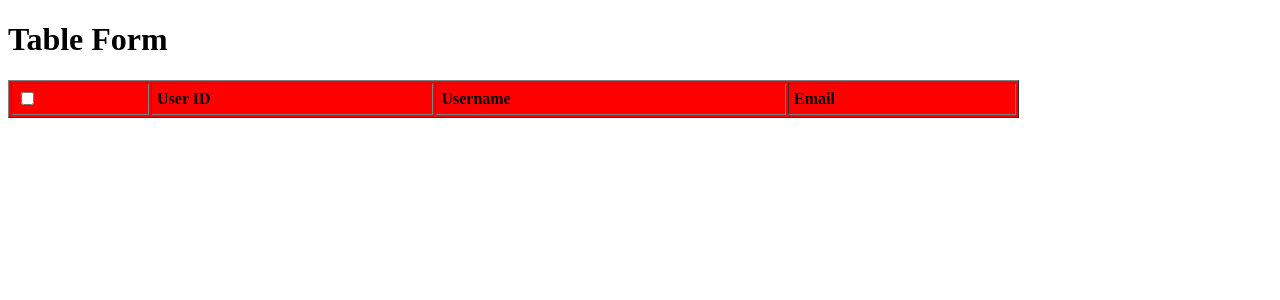
Repository: AHSANS354/tugas-sib5
Page: tugastable.html
These files come from the project's save history. The page is drawn as it stood at one moment and after the next save; the edit follows.
The browser window is 1280 px wide. The pictures show the whole page.

Above is the page before, as saved 2023-08-21 14:59:28.

After the next save:
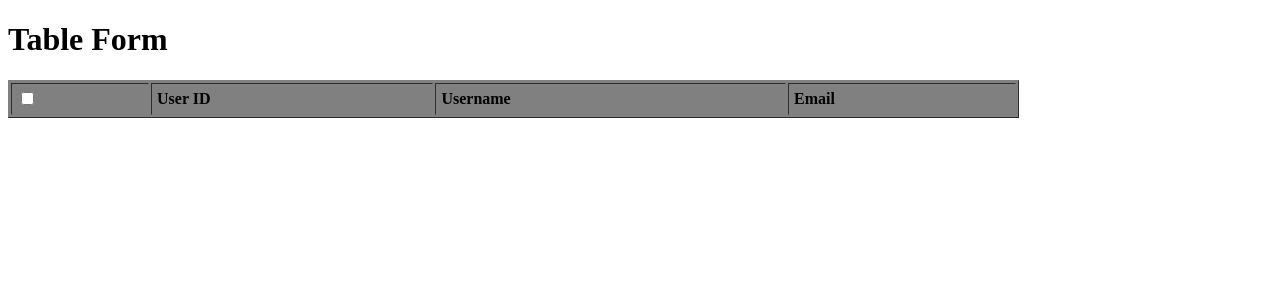
Saved 7 s later.
--- a/tugastable.html
+++ b/tugastable.html
@@ -7,7 +7,7 @@
   </head>
   <body>
     <h1>Table Form</h1>
-    <table width="80%" border="1" cellpadding="5" bgcolor="red">
+    <table width="80%" border="1" cellpadding="5" bgcolor="grey">
       <tr align="left">
         <th><input type="checkbox" name="ceklist" value="cekatas" /></th>
         <th>User ID</th>
